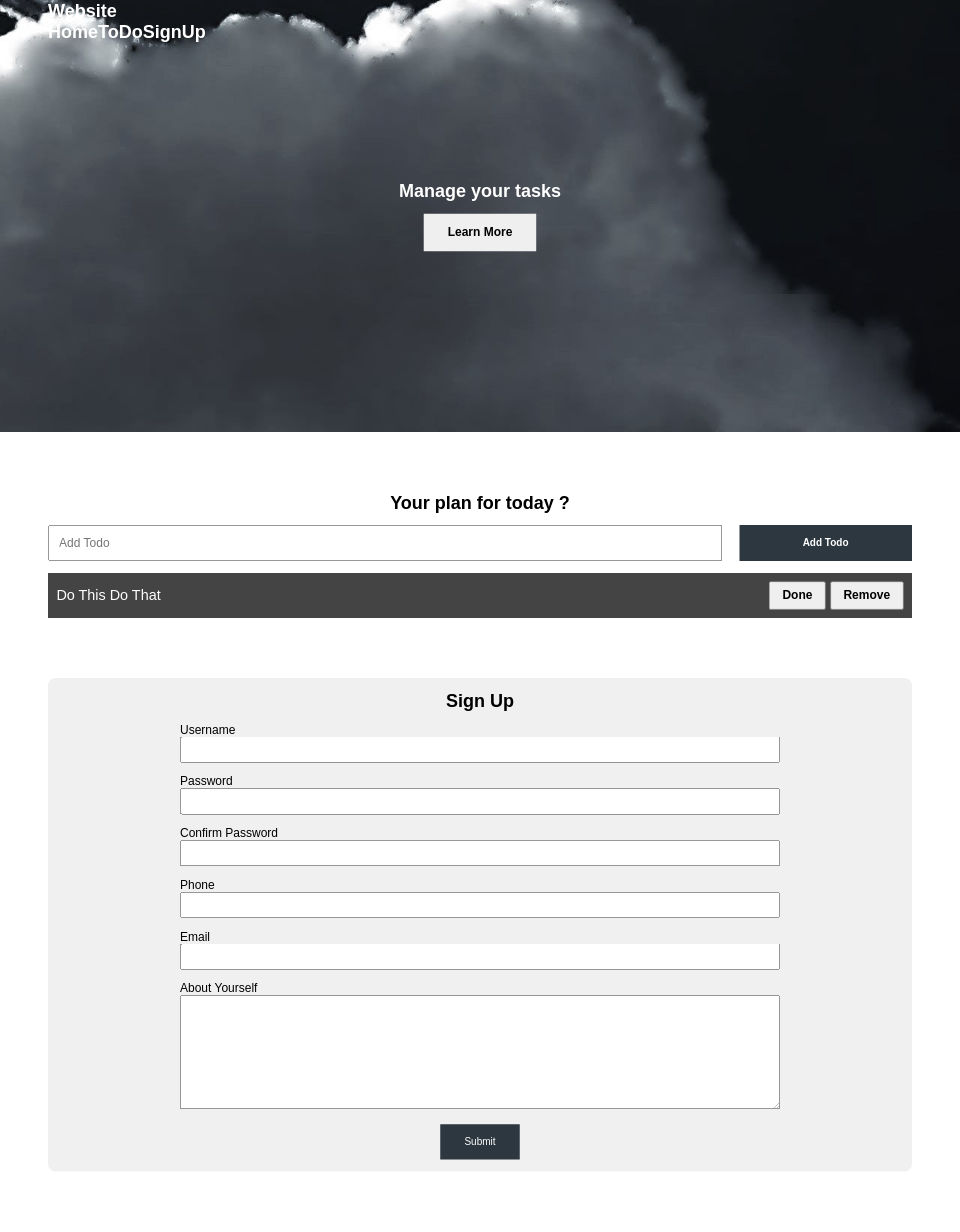
Repository: codewithfaizan/JavaScriptSelf
Page: 27.08.2022/index.html
These files come from the project's save history. The page is drawn as it stood at one moment and after the next save; the edit follows.
The browser window is 1280 px wide. The pictures show the whole page, at 75% of full size.

Above is the page before, as saved 2022-08-27 17:04:12.

After the next save:
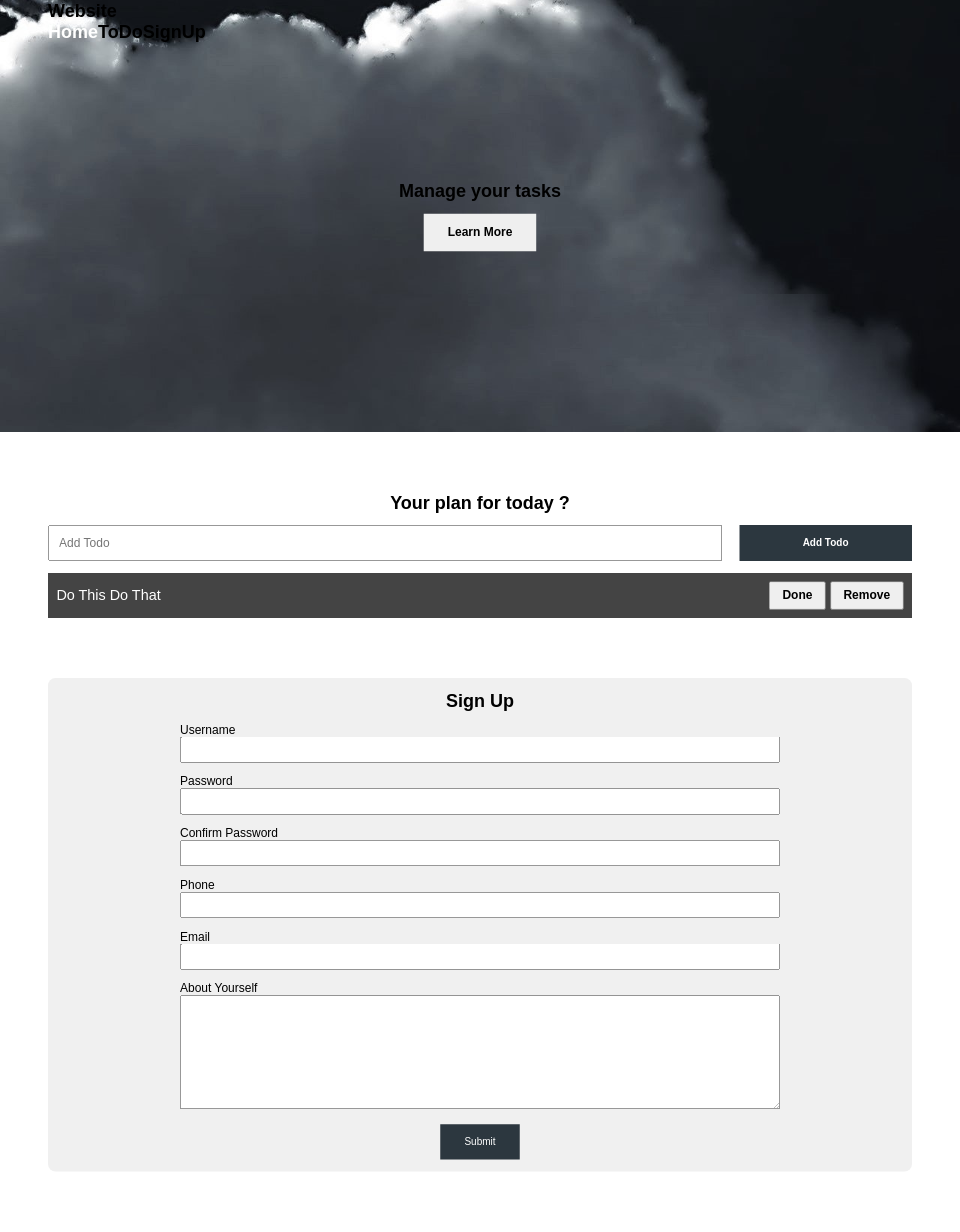
Saved 12 s later.
--- a/27.08.2022/style.css
+++ b/27.08.2022/style.css
@@ -18,6 +18,7 @@ a{
     background-image: url(./pexels-sevenstorm-juhaszimrus-1302330.jpg);
     background-position: center;
     background-repeat: no-repeat;
+    backg
     color: white;
 }
 
